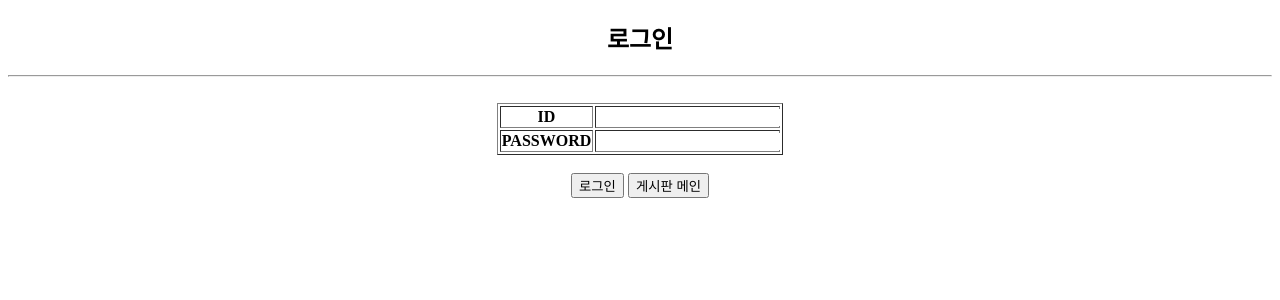
Repository: fffight88/MESboard
Page: http://localhost/practice_board_mvc/login/loginForm.do
These files come from the project's save history. The page is drawn as it stood at one moment and after the next save; the edit follows.
The browser window is 1280 px wide. The pictures show the whole page.
The page is served by Tomcat 9.

Above is the page before, as saved 2022-09-15 05:34:56.

After the next save:
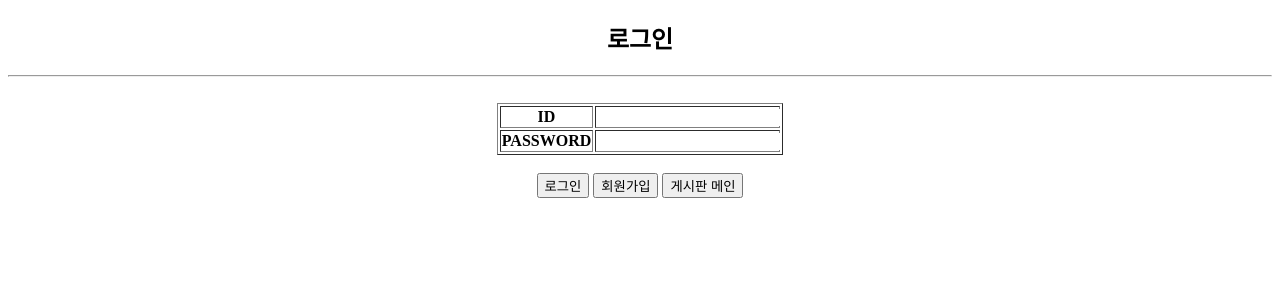
Saved 6 min 31 s later.
--- a/practice_board_mvc/src/main/webapp/jsp/login/loginForm.jsp
+++ b/practice_board_mvc/src/main/webapp/jsp/login/loginForm.jsp
@@ -41,6 +41,7 @@
 		</table>
 		<br>
 		<input type="submit" value="로그인">
+		<input type="button" value="회원가입" onclick="location.href='${ pageContext.request.contextPath }/login/joinForm.do'">
 		<input type="button" value="게시판 메인" onclick="location.href='${ pageContext.request.contextPath }/board/list.do'">
 	</form>
 </div>
